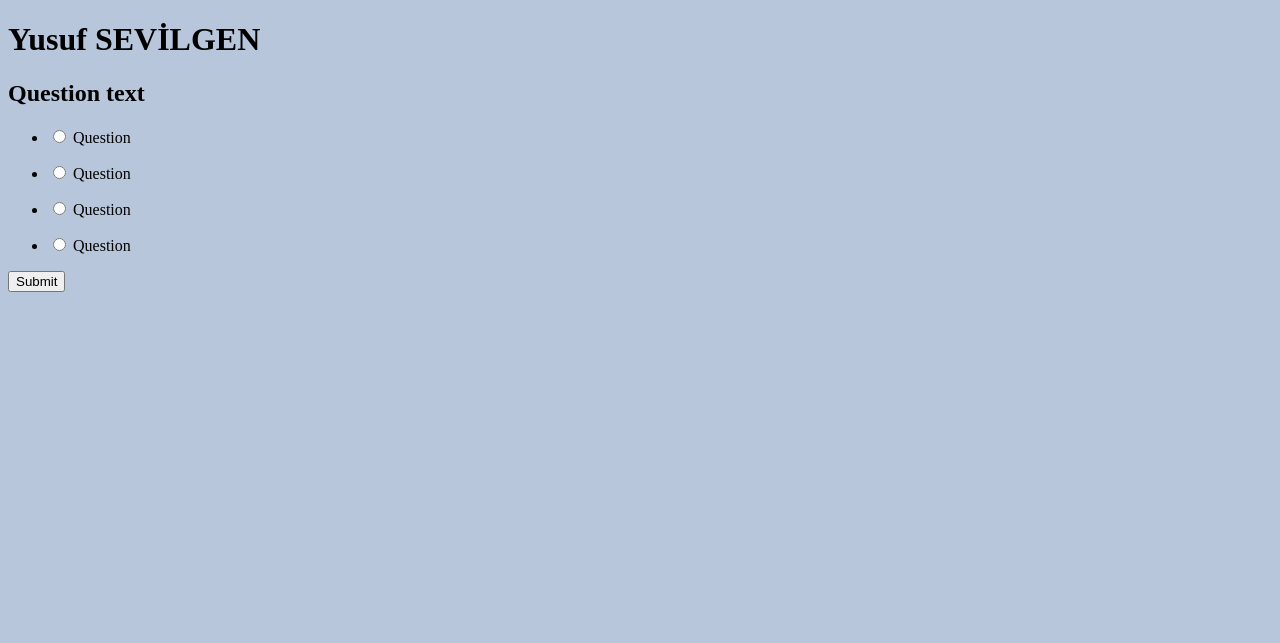
Repository: sevilgenysf/javascript-two
Page: index.html
These files come from the project's save history. The page is drawn as it stood at one moment and after the next save; the edit follows.
The browser window is 1280 px wide. The pictures show the whole page.

Above is the page before, as saved 2022-02-24 16:30:38.
Console error: SyntaxError: Unexpected token '{'

### index.html
<!DOCTYPE html>
<html lang="en">

<head>
	<meta charset="UTF-8">
	<meta http-equiv="X-UA-Compatible" content="IE=edge">
	<meta name="viewport" content="width=device-width, initial-scale=1.0">
	<link rel="stylesheet" href="./style.css">
	<script src="./index.js" defer></script>
	<title>javascript Day two</title>
</head>

<body>
	<div>
		<h1>Yusuf SEVİLGEN</h1>
		<div class="quiz-container">
			<h2>Question text</h2>
			<ul>
				<li>
					<input type="radio" id="a" name="answer">
					<label for="a">Question</label>
				</li>
			</ul>
			<ul>
				<li>
					<input type="radio" id="b" name="answer">
					<label for="b">Question</label>
				</li>
			</ul>
			<ul>
				<li>
					<input type="radio" id="c" name="answer">
					<label for="c">Question</label>
				</li>
			</ul>
			<ul>
				<li>
					<input type="radio" id="d" name="answer">
					<label for="d">Question</label>
				</li>
			</ul>
			<button>Submit</button>
		</div>
	</div>
</body>

</html>

### style.css
@import url('https://fonts.googleapis.com/css2?family=Poppins:wght@400;600&family=Roboto:ital,wght@0,300;0,400;0,700;1,500&display=swap');

* {
	box-sizing: border-box;
}

body {
	background-color: #b8c6db;
}

### index.js
const quizData = [
	{
		question: 'How old are you?',
		a: '25',
		b: '26',
		c: '27',
		d: '28',
		currect: 'c'
	},
	{
		question: 'What is the most used best programing language in 2019?',
		a: 'Java',
		b: 'C',
		c: 'Python',
		d: 'JavaScript',
		currect: 'a'
	},
	{
		qwstion: 'who is he President of USA?',
		a: 'Trump',
		b: 'Obama',
		c: 'Bush',
		d: 'Clinton',
		currect: 'b'
	},
	{
		question: 'What does HTML stand for?',
		a: 'Hyper Text Markup Language',
		b: 'Cascading style sheet',
		c: 'Jason Object Notation',
		d: 'Aplication Type Markup Language',
		currect: 'a'
	}.
	{
		question: 'What year was javaScript launched?',
		a: '1995',
		b: '1996',
		c: '1997',
		d: 'none of the above',
		currect: 'd'
	}
];

After the next save:
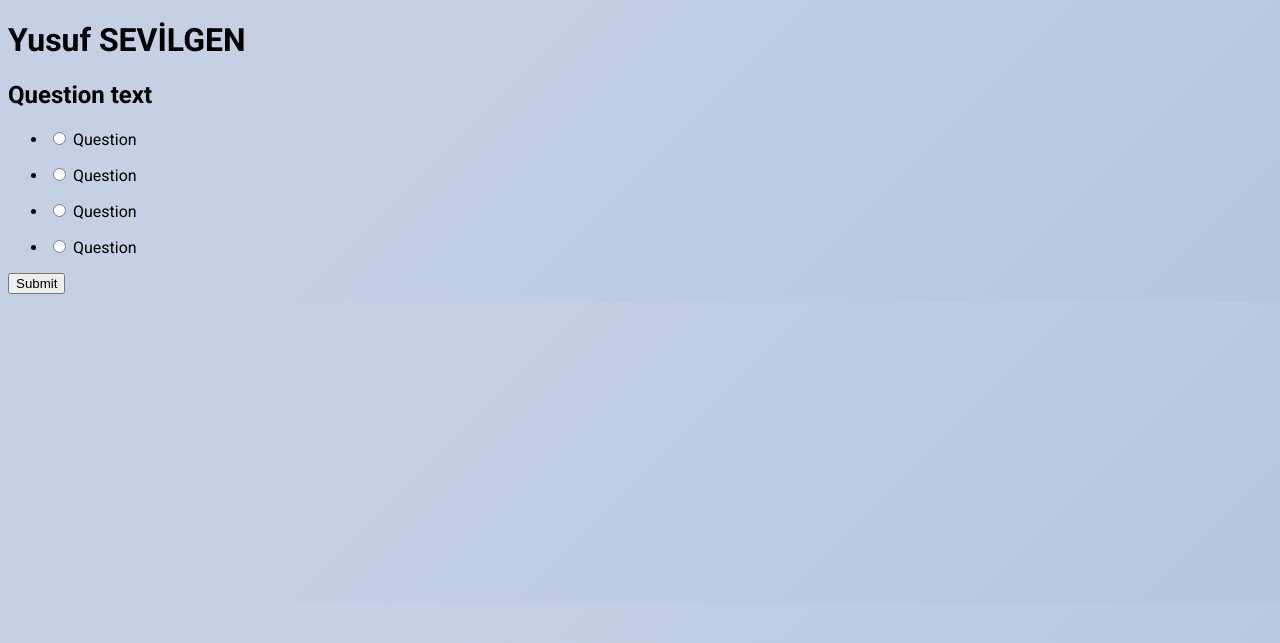
Saved 25 s later.
--- a/style.css
+++ b/style.css
@@ -6,4 +6,6 @@
 
 body {
 	background-color: #b8c6db;
+	background-image: linear-gradient(315deg, #b8c6db 0%, #c5d0e5 74%);
+	font-family: 'Roboto', sans-serif;
 }
